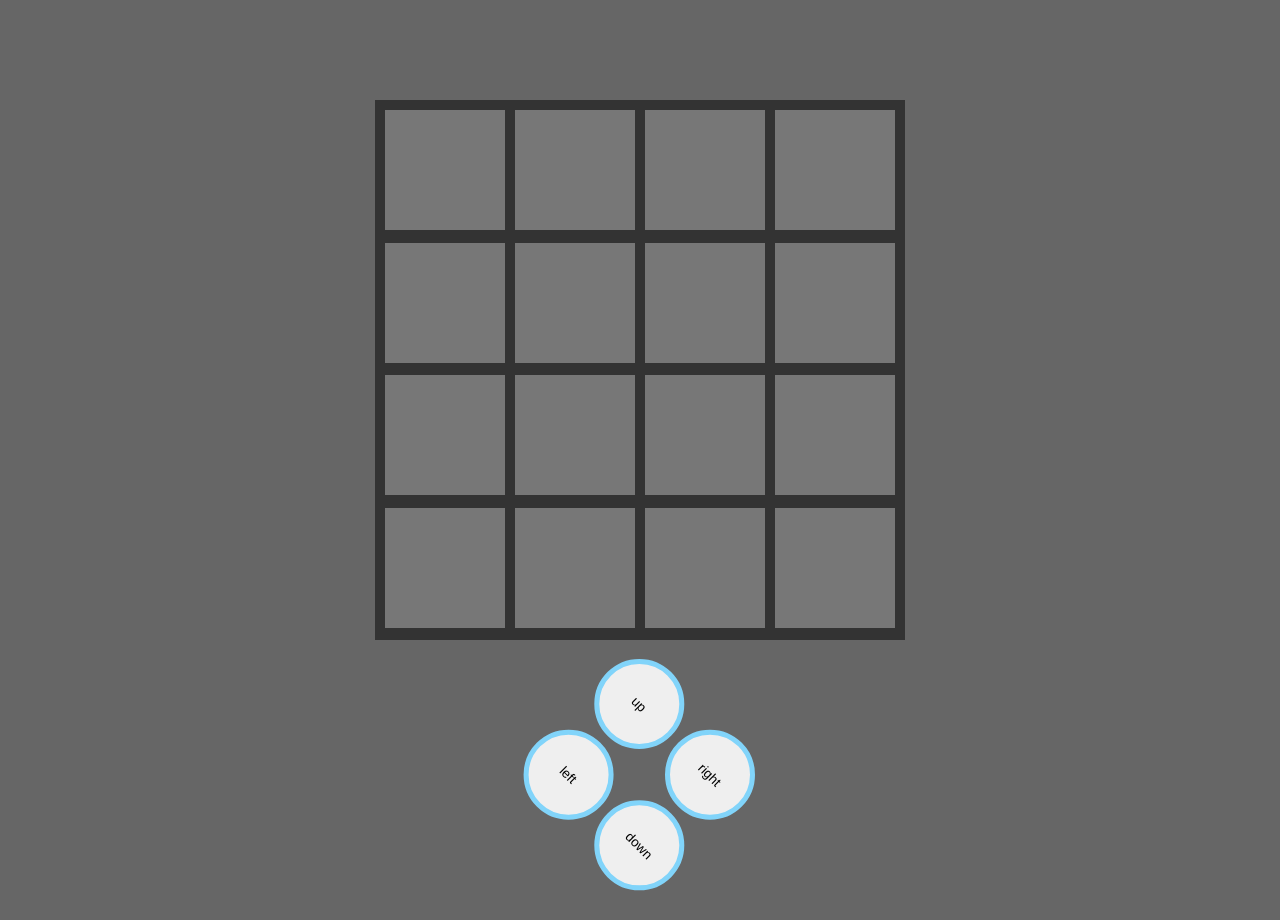
Repository: thisisbb/2048
Page: index.html
The author's editor kept a record of every edit. The page is drawn from the files as they stood at one moment, then again after the next edit.
The browser window is 1280 px wide. The pictures show the whole page.

Above is the page before.

### index.html
<!doctype html>
<html lang="en">

<head>
    <meta charset="UTF-8">
    <title>Document</title>
    <link rel="stylesheet" href="css/style.css" type="text/css" />
</head>

<body>
    <div id="view">
        <div class="wrapper" rv-startvalue>
            <div rv-each-cell="model.cells" rv-html="cell.data | hidezero"></div>
        </div>
        <div class="buttons">
            <button rv-each-button="model.buttons" rv-html="button" rv-on-click="model.operate"></button>
        </div>
    </div>
    <script type="text/javascript" src="bower_components/rivets/dist/rivets.bundled.min.js"></script>
    <script type="text/javascript" src="js/binders.js"></script>
    <script type="text/javascript" src="js/formatters.js"></script>
    <script type="text/javascript" src="js/app.js"></script>

</body>

</html>

### css/style.css
* {
    margin: 0;
    padding: 0;
}

body {
    width: 100vw;
    height: 100vh;
    background-color: #666;
    display: flex;
}

#view {
    width: 530px;
    height: 530px;
    margin: 100px auto;
}

.wrapper {
    height: 100%;
    background-color: #333;
    display: flex;
    flex-wrap: wrap;
    padding: 5px;
}

.wrapper > div {
    width: 120px;
    height: 120px;
    background-color: #777;
    margin: 5px;
    font-size: 48px;
    line-height: 120px;
    text-align: center;
    color: #fff;
}

.buttons {
    width: 200px;
    height: 200px;
    display: flex;
    margin: auto;
    justify-content: space-around;
    flex-wrap: wrap;
    transform: rotate(45deg) translate(24px, 30px);
}

.buttons > button {
    width: 45%;
    height: 45%;
    border-radius: 100%;
    border: 5px solid #81d4fa;
    outline:none;
}
.buttons > button:hover {
    border-color:#0277bc;
}
.buttons > button:nth-of-type(2) {
    order:4
}
.buttons > button:nth-of-type(3) {
    order:3
}
button > span {
    display: block;
    transform: rotate(-45deg);
    font-size:28px;
    font-weight:bold;
    color:#333;
}

### js/formatters.js
rivets.formatters.hidezero = function (value){
	if (value !== 0)
	    return value;
	 else return;
}

### js/app.js
var view = document.querySelector("#view")

var Cell = function(x, y, data) {
    this.x = x;
    this.y = y;
    this.data = data || 0;
}


function fillMain(dataArray) {

    var array = [];
    for (var y = 0; y < 4; y++) {
        for (var x = 0; x < 4; x++) {
            array.push(new Cell(x, y));
        }
    }
    if (dataArray) {
        for (var i = 0; i < array.length; i++) {
            array[i].data = dataArray[i];
        }
    }
    return array;
}

function getRandomCoord() {
    return Math.floor(Math.random() * 4);
}

function twoOrFour() {
    if (Math.random() < 0.2) return 4;
    else return 2;
}

function getRandomInt(min, max) {
    return Math.floor(Math.random() * (max - min + 1)) + min;
}

function addNewData() {
    var cell = new Cell(getRandomCoord(), getRandomCoord(), twoOrFour());
    var emptyIndexes = [];
    for (var i = 0; i < viewModel.cells.length; i++) {
        if (viewModel.cells[i].data === 0) emptyIndexes.push(i);
    }
    var elementIndex = emptyIndexes[getRandomInt(0, emptyIndexes.length - 1)];
    if (elementIndex >= 0) {
        viewModel.cells[elementIndex].data = cell.data;
    }
}


function swap(array, a, b) {
    var temp = array[a];
    array[a] = array[b];
    array[b] = temp;
}

function transponation(matrix) {
    var matrixTransp = [
        [],
        [],
        [],
        []
    ];
    matrix.forEach(function(el) {
        for (var i = 0; i < el.length; i++) {
            matrixTransp[i].push(el[i]);
        }
    })
    return matrixTransp;
}

function getData(array) {
    var dataArray = array.map(function(el) {
        return el.data;
    });
    return dataArray;
}

function arrayToMatrix(dataArray) {
    var partOfOrigin, matrix = [];
    for (var i = 0; i < 15; i += 4) {
        partOfOrigin = dataArray.slice(i, i + 4);
        matrix.push(partOfOrigin);
    }
    return matrix;
}

function shiftReduceRight(matrix) {
    matrix.forEach(function(el, index) {
        for (var j = el.length - 2; j >= 0; j--) {
            if (el[j] === 0) {
                swap(el, j + 1, j);
            }
            if (el[j + 1] === el[j]) {
                el[j] = el[j + 1] + el[j];
                el[j + 1] = 0;
            }
        }
    })
    return matrix;
}

function shiftReduceLeft(matrix) {
    matrix.forEach(function(el, index) {
        for (var j = 1; j < el.length; j++) {
            if (el[j] === 0) {
                swap(el, j - 1, j);
            }
            if (el[j - 1] === el[j]) {
                el[j] = el[j - 1] + el[j];
                el[j - 1] = 0;
            }
        }
    });
    return matrix;
}


var viewModel = {
    cells: fillMain(),
    buttons: ["up", "down", "left", "right"],
    shift: function(way) {
        switch (way) {
            case 0:
                //up
                // [,,,,,,,,] ---> [[],[],[],[]] + транспонируем матрицу
                var matrixTransp = transponation(arrayToMatrix(getData(viewModel.cells)));
                matrixTransp = shiftReduceRight(matrixTransp);
                //транспонируем обратно
                viewModel.cells = fillMain(transponation(matrixTransp).join(",").split(",").map(function(el) {
                    return parseInt(el, 10);//[[],[],[],[]] ---> [,,,,,,,,]
                }));
                break;
            case 1:
                //down
                //транспонируем матрицу
                var matrixTransp = transponation(arrayToMatrix(getData(viewModel.cells)));
                matrixTransp = shiftReduceLeft(matrixTransp)
                //транспонируем обратно
                viewModel.cells = fillMain(transponation(matrixTransp).join(",").split(",").map(function(el) {
                    return parseInt(el, 10);
                }));
                break;
            case 2:
                //left
                var matrix = arrayToMatrix(getData(viewModel.cells));

                matrix = shiftReduceRight(matrix);

                viewModel.cells = fillMain(matrix.join(",").split(",").map(function(el) {
                    return parseInt(el, 10);
                }));
                break;
            case 3:
                //right
                var matrix = arrayToMatrix(getData(viewModel.cells));
                    matrix = shiftReduceLeft(matrix);
                viewModel.cells = fillMain(matrix.join(",").split(",").map(function(el) {
                    return parseInt(el, 10);
                }));
                break;
        }
    },

    operate: function(ev, el) {
        viewModel.shift(el.index);
        addNewData();
    }


}

rivets.bind(view, {
    "model": viewModel
});

Loaded but not shown: bower_components/rivets/dist/rivets.bundled.min.js (library); js/binders.js (no copy from this time; the picture is the same without it)

After the next edit:
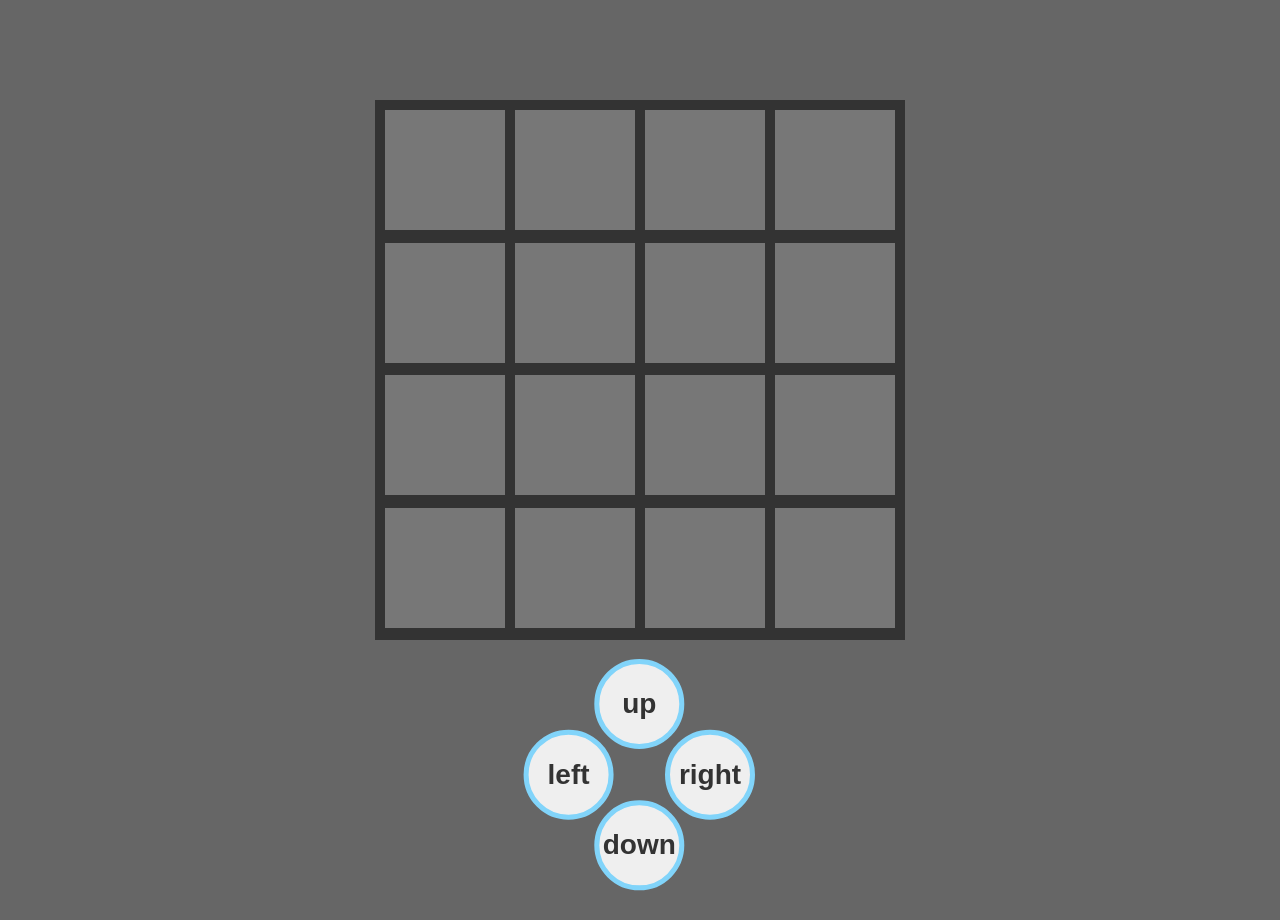
The edit:
--- a/index.html
+++ b/index.html
@@ -13,7 +13,9 @@
             <div rv-each-cell="model.cells" rv-html="cell.data | hidezero"></div>
         </div>
         <div class="buttons">
-            <button rv-each-button="model.buttons" rv-html="button" rv-on-click="model.operate"></button>
+            <button rv-each-button="model.buttons" rv-on-click="model.operate">
+                <span rv-html="button"></span>
+            </button>
         </div>
     </div>
     <script type="text/javascript" src="bower_components/rivets/dist/rivets.bundled.min.js"></script>
